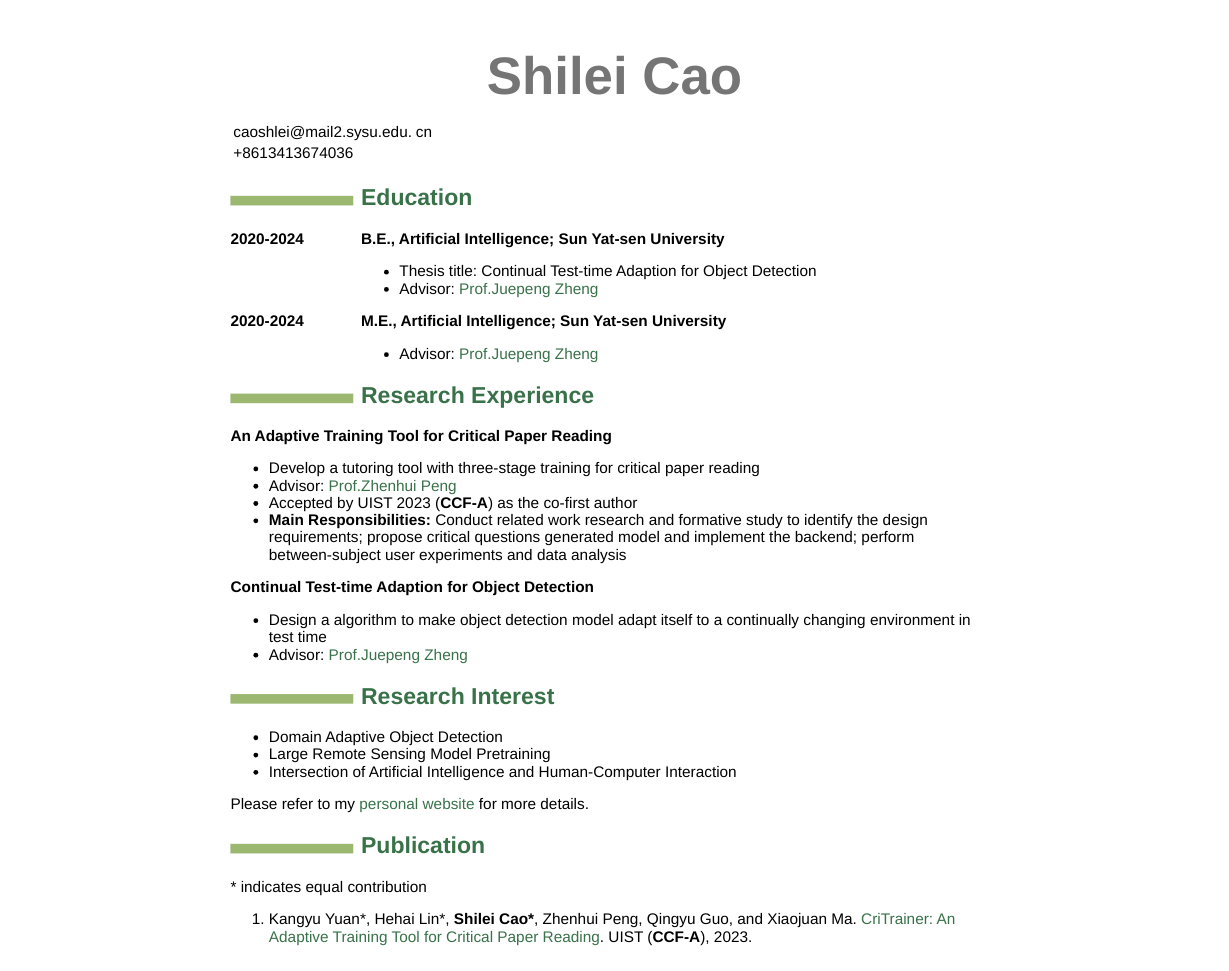
Repository: rssysu/rssysu.github.io
Page: assets/resume/csl.html
An editor plug-in stored every save of this project. The page is shown before and after the next save, followed by the edit.
The browser window is 1280 px wide. The pictures show the whole page, at 96% of full size.

Above is the page before, as saved 2024-08-04 13:24:26.

### assets/resume/csl.html
<!DOCTYPE html>
<html xmlns="http://www.w3.org/1999/xhtml" lang="" xml:lang="">
<head>
  <meta charset="utf-8" />
  <meta name="generator" content="pandoc" />
  <meta name="viewport" content="width=device-width, initial-scale=1.0, user-scalable=yes" />
  <title>csl</title>
  <style>
    code{white-space: pre-wrap;}
    span.smallcaps{font-variant: small-caps;}
    div.columns{display: flex; gap: min(4vw, 1.5em);}
    div.column{flex: auto; overflow-x: auto;}
    div.hanging-indent{margin-left: 1.5em; text-indent: -1.5em;}
    /* The extra [class] is a hack that increases specificity enough to
       override a similar rule in reveal.js */
    ul.task-list[class]{list-style: none;}
    ul.task-list li input[type="checkbox"] {
      font-size: inherit;
      width: 0.8em;
      margin: 0 0.8em 0.2em -1.6em;
      vertical-align: middle;
    }
    .display.math{display: block; text-align: center; margin: 0.5rem auto;}
  </style>
  <link rel="stylesheet" href="style.css" />
</head>
<body>
<h1 id="shieli-cao">Shilei Cao</h1>
<table>
<tbody>
<tr class="odd">
<td>caoshlei@mail2.sysu.edu.</td>
<td style="text-align: left;">cn</td>
</tr>
<tr class="even">
<td>+8613413674036</td>
<td style="text-align: left;"></td>
</tr>
</tbody>
</table>
<h2 id="education">Education</h2>
<dl>
<dt>2020-2024 </dt>
<dd>
<p><strong>B.E., Artificial Intelligence; Sun Yat-sen
University</strong></p>
<ul>
<li>Thesis title: Continual Test-time Adaption for Object Detection</li>
<li>Advisor: <a
href="https://hail-alloy-af4.notion.site/Juepeng-Zheng-d3b70a4b409145139c91e55813cc80fa">Prof.Juepeng
Zheng</a></li>
</ul>
</dd>
</dl>
<dl>
  <dt>2020-2024 </dt>
  <dd>
  <p><strong>M.E., Artificial Intelligence; Sun Yat-sen
  University</strong></p>
  <ul>
  <!-- <li>Thesis title: Continual Test-time Adaption for Object Detection</li> -->
  <li>Advisor: <a
  href="https://hail-alloy-af4.notion.site/Juepeng-Zheng-d3b70a4b409145139c91e55813cc80fa">Prof.Juepeng
  Zheng</a></li>
  </ul>
  </dd>
  </dl>
<h2 id="research-experience">Research Experience</h2>
<p><strong>An Adaptive Training Tool for Critical Paper
Reading</strong></p>
<ul>
<li>Develop a tutoring tool with three‑stage training for critical paper reading</li>
<li>Advisor: <a href="https://zhenhuipeng.com/">Prof.Zhenhui
Peng</a></li>
<li>Accepted by UIST 2023 (<strong>CCF‑A</strong>) as the co‑first
author</li>
<li><strong>Main Responsibilities:</strong> Conduct related work
research and formative study to identify the design requirements;
propose critical questions generated model and implement the backend;
perform between‑subject user experiments and data analysis</li>
</ul>
<p><strong>Continual Test-time Adaption for Object
Detection</strong></p>
<ul>
<li>Design a algorithm to make object detection model adapt itself to a
continually changing environment in test time</li>
<li>Advisor: <a
href="https://hail-alloy-af4.notion.site/Juepeng-Zheng-d3b70a4b409145139c91e55813cc80fa">Prof.Juepeng
Zheng</a></li>
</ul>
<h2 id="research-interest">Research Interest</h2>
<ul>
<li>Domain Adaptive Object Detection</li>
<li>Large Remote Sensing Model Pretraining</li>
<li>Intersection of Artificial Intelligence and Human-Computer
Interaction</li>
</ul>
<p>Please refer to my <a href="https://shileicao.github.io/">personal
website</a> for more details.</p>
<h2 id="publication">Publication</h2>
<p>* indicates equal contribution</p>
<ol type="1">
<li>Kangyu Yuan*, Hehai Lin*, <strong>Shilei Cao*</strong>, Zhenhui
Peng, Qingyu Guo, and Xiaojuan Ma. <a
href="https://doi.org/10.1145/3586183.3606816">CriTrainer: An Adaptive
Training Tool for Critical Paper Reading</a>. UIST
(<strong>CCF-A</strong>), 2023.</li>
</ol>
</body>
</html>

### assets/resume/style.css
/*
 * Copyright 2013 Christophe-Marie Duquesne <chmd@chmd.fr>
 *
 * CSS for making a resume with pandoc. Inspired by moderncv.
 *
 * This CSS document is delivered to you under the CC BY-SA 3.0 License.
 * https://creativecommons.org/licenses/by-sa/3.0/deed.en_US
 */

/* Whole document */
body {
    font-family: "Helvetica Neue", Helvetica, Arial, sans-serif;
    width: 800px;
    margin: auto;
    background: #FFFFFF;
    padding: 10px 10px 10px 10px;
}

/*
.title {
    display: none;
}
*/

/* Title of the resume */
h1 {
    font-size: 55px;
    color: #757575;
    text-align:center;
    margin-bottom:15px;
}

/* Titles of categories */
h2 {
    color: #397249;
}
/* There is a bar just before each category */
h2:before {
    content: "";
    display: inline-block;
    margin-right:1%;
    width: 16%;
    height: 10px;
    background-color: #9CB770;
}

/* Definitions */
dt {
    float: left;
    clear: left;
    width: 17%;
    font-weight: bold;
}
dd {
    margin-left: 17%;
}
p {
    margin-top:0;
    margin-bottom:7px;
}

/* Blockquotes */
blockquote {
    text-align: center
}

/* Links */
a {
    text-decoration: none;
    color: #397249;
}
a:hover, a:active {
    background-color: #397249;
    color: #FFFFFF;
    text-decoration: none;
    text-shadow: 1px 1px 1px #333;
}

/* Horizontal separators */
hr {
    color: #A6A6A6;
}

After the next save:
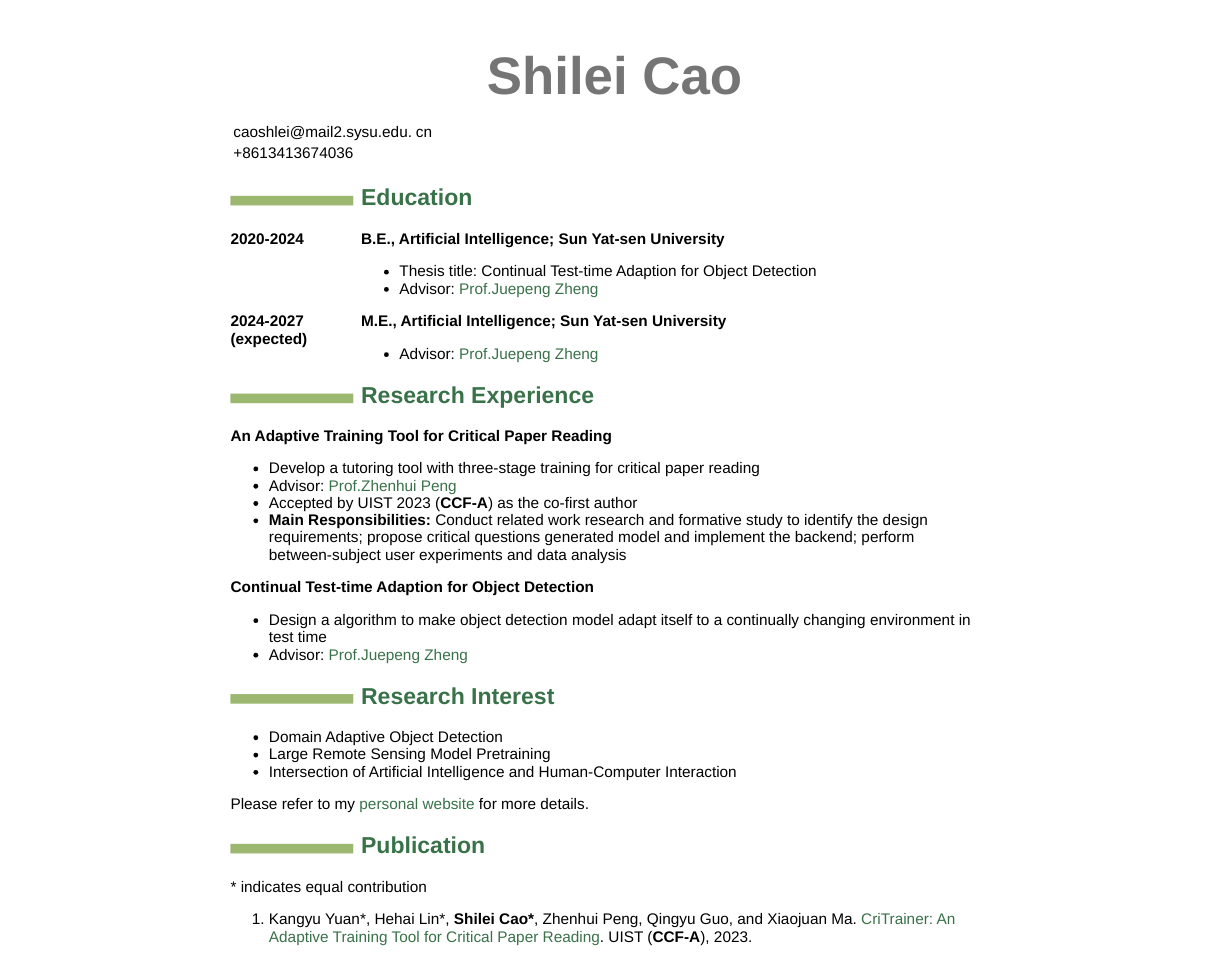
Saved 14 s later.
--- a/assets/resume/csl.html
+++ b/assets/resume/csl.html
@@ -53,7 +53,7 @@
 </dd>
 </dl>
 <dl>
-  <dt>2020-2024 </dt>
+  <dt>2024-2027 (expected) </dt>
   <dd>
   <p><strong>M.E., Artificial Intelligence; Sun Yat-sen
   University</strong></p>
